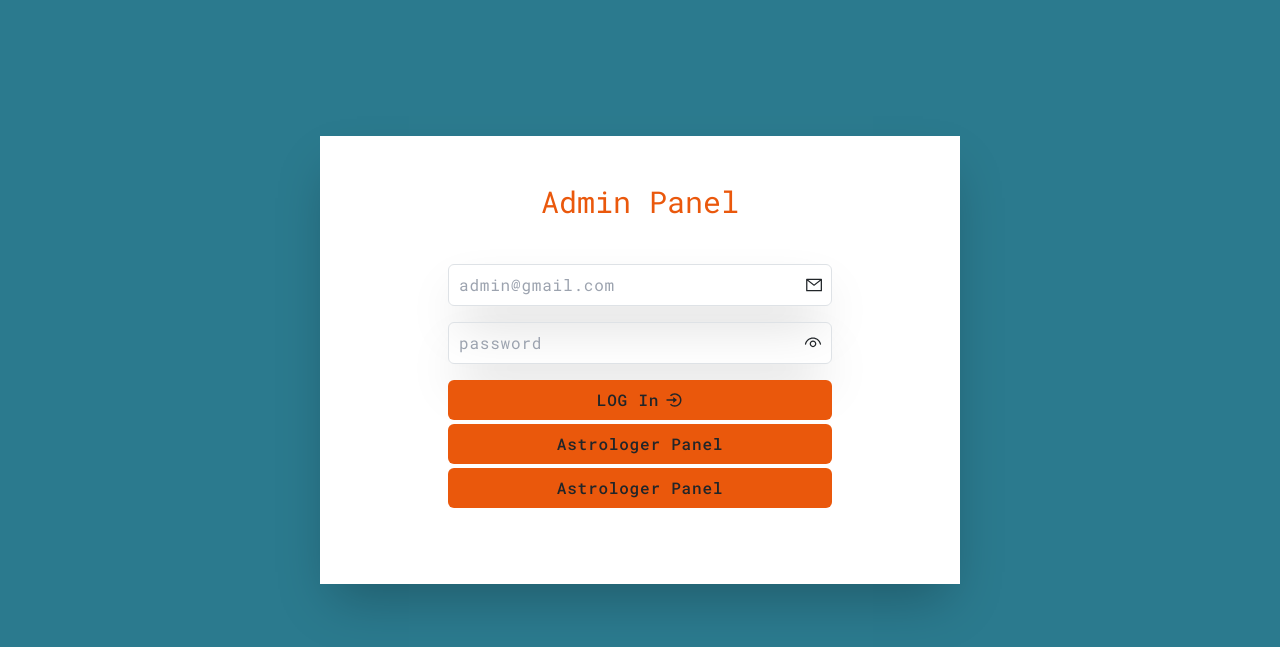
Repository: FlyweisReact/Hariom-Admin-Panel
Page: /
An editor plug-in stored every save of this project. The page is shown before and after a run of saves, followed by the edit.
The browser window is 1280 px wide. The pictures show the whole page.
Some web libraries are served in a nearby version. The project was rebuilt for these pictures with package versions that can differ from the ones it lists, and the page was loaded fresh each time. Also part of the build but not shown: src/components/vendorPanel/components/layout/Navbar.jsx, src/components/vendorPanel/components/layout/Sidebar.jsx, src/components/vendorPanel/components/layout/HOC.jsx, src/components/vendorPanel/components/pages/Astrologer/Astrologers.js, src/components/vendorPanel/components/pages/Astrologer/Banners.js, src/vendorPanel/layout/Navbar.jsx, src/vendorPanel/layout/Sidebar.jsx, src/vendorPanel/layout/HOC.jsx and 5 more. Imported but missing from the stored project, and not drawn on this page: src/components/vendorPanel/components/pages/Astrologer/AdminDiscount, src/components/vendorPanel/components/pages/Astrologer/AdminReview, src/components/vendorPanel/components/pages/Astrologer/UploadDocs, src/components/vendorPanel/components/pages/Booking/Booking, src/components/vendorPanel/components/pages/Horoscope/Horoscope, src/components/vendorPanel/components/pages/Kundli/Kundli, src/components/vendorPanel/components/pages/Message/Message, src/components/vendorPanel/components/pages/Support and 2 more.

Above is the page before, as saved 2023-04-15 14:27:14.

After the next 2 saves:
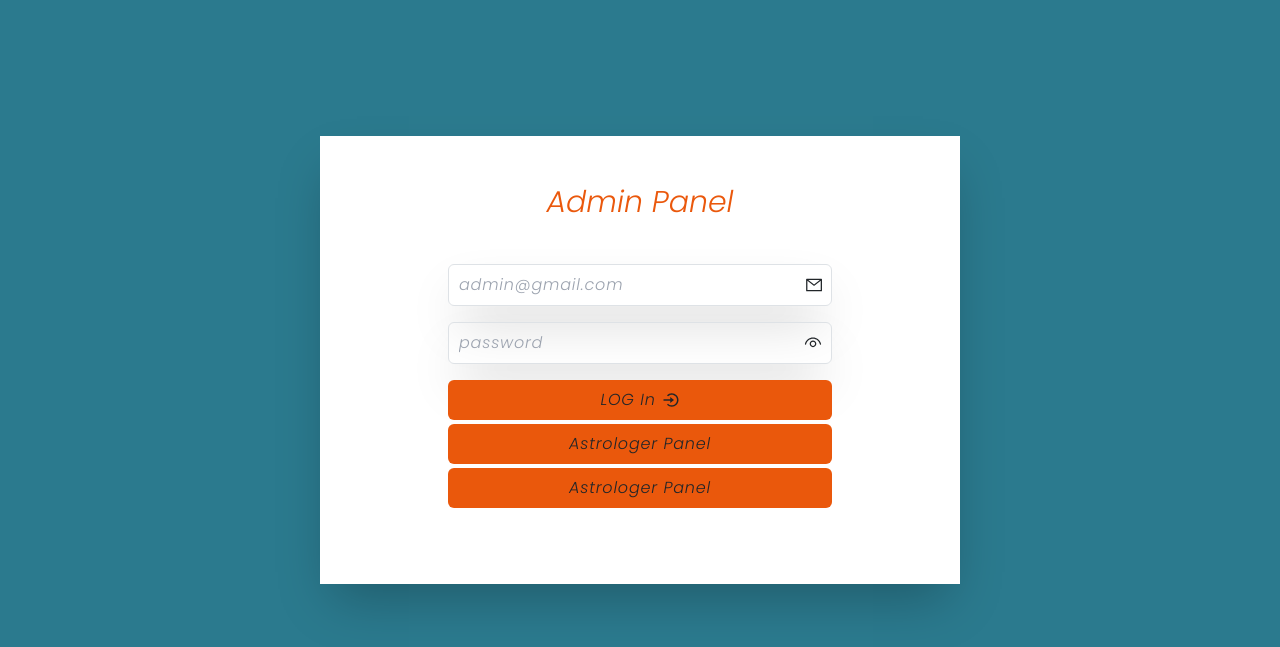
The 2 saves are shown as one change because they came seconds apart.
The last was saved 38 min 4 s later.
--- a/src/index.css
+++ b/src/index.css
@@ -6,7 +6,7 @@
 @import url("https://fonts.googleapis.com/css2?family=Roboto+Mono:ital,wght@1,300&display=swap");
 @font-face {
   font-family: Roboto;
-  src: url('./RobotoMono-VariableFont_wght.ttf');
+  src: url('./Poppins-LightItalic.ttf');
 }
 body {
   margin: 0;
